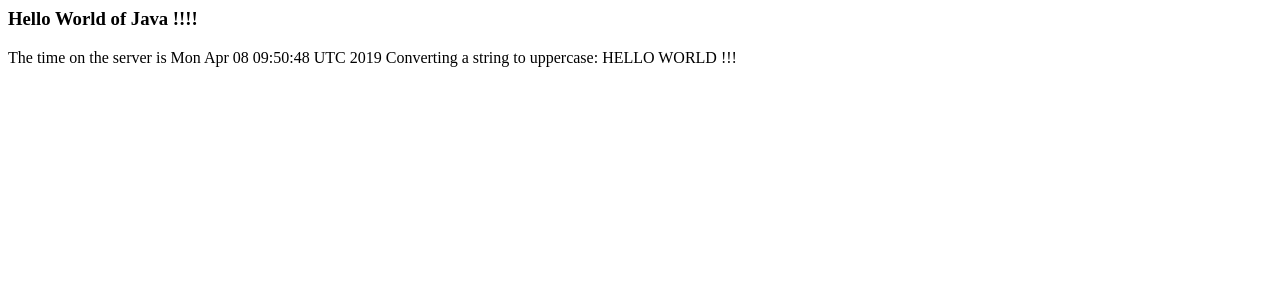
Repository: Aniket2311/Spring-Core-Spring-Boot-And-Hibernet
Page: http://localhost/jspdemo/helloworld.jsp
The author's editor kept a copy of each file at every save. The page is drawn from the files as they stood at one save, then again after the next save.
The browser window is 1280 px wide. The pictures show the whole page.
The page is served by Tomcat 9.

Above is the page before, as saved 2019-04-08 09:58:44.

After the next save:
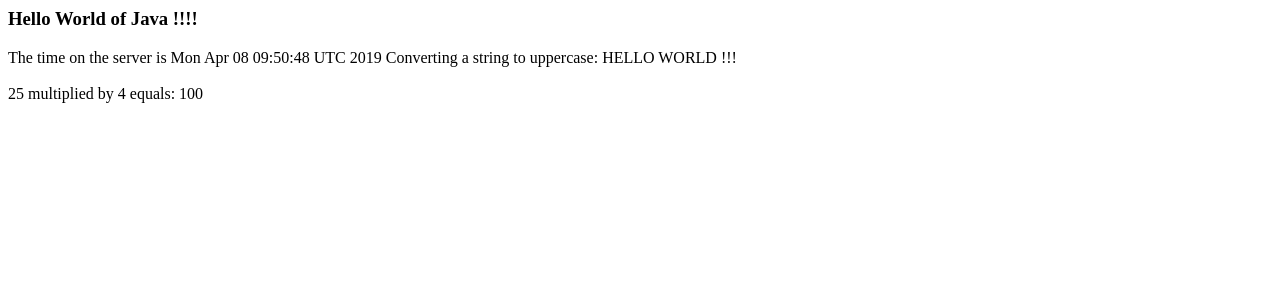
Saved 69 s later.
--- a/jspdemo/WebContent/helloworld.jsp
+++ b/jspdemo/WebContent/helloworld.jsp
@@ -9,6 +9,10 @@ The time on the server is <%= new Date() %>
 
 Converting a string to uppercase: <%= new String("Hello World !!!").toUpperCase() %>
 
+<br/><br/>
+
+25 multiplied by 4 equals: <%= 25*4 %>
+
 
 </body>
 
